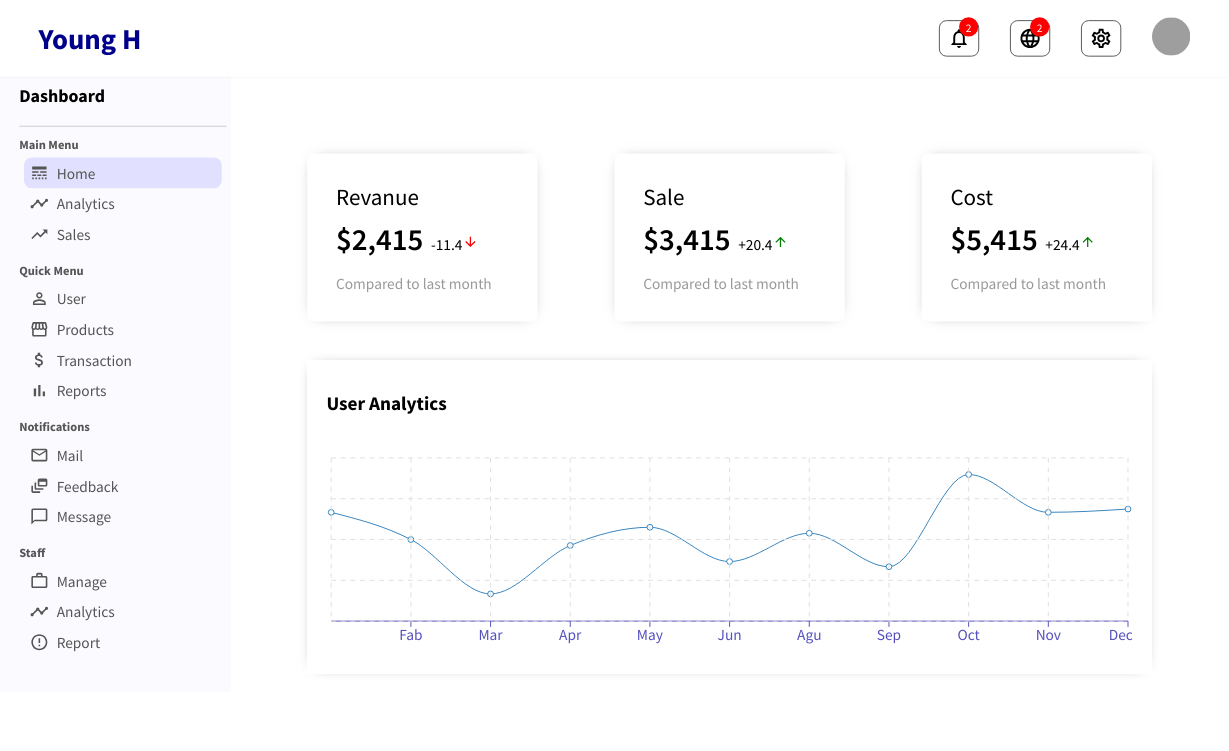
Repository: noname20011/admin
Page: /
These files come from the project's save history. The page is drawn as it stood at one moment and after the next save; the edit follows.
The browser window is 1280 px wide. The pictures show the whole page, at 96% of full size.
Pictures or frames that could not be fetched are drawn as grey boxes. The project was rebuilt for these pictures with package versions that can differ from the ones it lists, and the page was loaded fresh each time. Also part of the build but not shown: src/comopnents/widgetSm/widgetSm.css, src/comopnents/widgetSm/widgetSm.jsx, src/comopnents/widgetLg/widgetLg.css, src/comopnents/widgetLg/widgetLg.jsx.

Above is the page before, as saved 2021-11-14 08:17:05.

### public/index.html
<!DOCTYPE html>
<html lang="en">
  <head>
    <meta charset="utf-8" />
    <meta name="viewport" content="width=device-width, initial-scale=1" />
    <meta name="theme-color" content="#000000" />
    <meta
      name="description"
      content="Web site created using create-react-app"
    />
    <!-- GOOGLE FONTS -->
    <link href="https://fonts.googleapis.com/css2?family=Source+Sans+Pro:wght@200;300;400;600;700;900&display=swap" rel="stylesheet">
    <style>
      * {
        font-family: 'Source Sans Pro', sans-serif;
        padding: 0;
        margin: 0;
      }
    </style>
    <title>React Admin App</title>
  </head>
  <body>
    <div id="root"></div>
  </body>
</html>

### src/App.js
import Topbar from "./comopnents/topbar/Topbar";
import Sidebar from "./comopnents/sidebar/Sidebar";
import Home from "./pages/home/Home.jsx"
import './app.css'
function App() {
  return (
    <div>
      <Topbar/>
      <div className="container">
        <Sidebar/>
        <Home/>
      </div>
    </div>
  );
}

export default App;

### src/comopnents/topbar/Topbar.jsx
import React from 'react'
import './topbar.css'

import { Language, NotificationsNone, SettingsOutlined  } from '@material-ui/icons'

export default function Topbar() {
    return (
        <div className="topbar">
            <div className="topbarWrapper">
                <div className="topLeft">
                    <div className="logo">Young H</div>
                </div>
                <div className="topRight">
                    <div className="topbarIconContainer">
                        <NotificationsNone/>
                        <div className="topIconsBadge">2</div>
                    </div>
                    <div className="topbarIconContainer">
                        <Language/>
                        <div className="topIconsBadge">2</div>
                    </div>
                    <div className="topbarIconContainer">
                        <SettingsOutlined/>
                    </div>
                    <div>
                        <img src="https://images.pexels.com/photos/1526814/pexels-photo-1526814.jpeg?auto=compress&cs=tinysrgb&dpr=2&w=500" alt="admin" className="topAvatar"/>
                    </div>
                </div>
            </div>
        </div>
    )
}

### src/comopnents/sidebar/Sidebar.jsx
import { AttachMoney, BarChart, ChatBubbleOutline, DynamicFeed, ErrorOutline, LineStyle, MailOutlined, PersonOutline, Storefront, Timeline, TrendingUp,  WorkOutlineOutlined } from '@material-ui/icons'
import React from 'react'
import "./sidebar.css"
export default function Sidebar() {
    return (
        <div className="sidebar">
            <div className="sidebarWrapper">
                <h3 className="sidebarTitle">Dashboard</h3>
                <div className="sidebarMenu">
                    <h4 className="sidebarMenuTitle">Main Menu</h4>
                    <ul className="sidebarLists">
                        <li className="sidebarListItem active">
                            <LineStyle className="sidebarIcon"/>
                            Home
                        </li>
                        <li className="sidebarListItem">
                            <Timeline className="sidebarIcon"/>
                            Analytics
                        </li>
                        <li className="sidebarListItem">
                            <TrendingUp className="sidebarIcon"/>
                            Sales
                        </li>
                    </ul>
                </div>
                <div className="sidebarMenu">
                    <h4 className="sidebarMenuTitle">Quick Menu</h4>
                    <ul className="sidebarLists">
                        <li className="sidebarListItem">
                            <PersonOutline className="sidebarIcon"/>
                            User
                        </li>
                        <li className="sidebarListItem">
                            <Storefront className="sidebarIcon"/>
                            Products
                        </li>
                        <li className="sidebarListItem">
                            <AttachMoney className="sidebarIcon"/>
                            Transaction
                        </li>
                        <li className="sidebarListItem">
                            <BarChart className="sidebarIcon"/>
                            Reports
                        </li>
                    </ul>
                </div>
                <div className="sidebarMenu">
                    <h4 className="sidebarMenuTitle">Notifications</h4>
                    <ul className="sidebarLists">
                        <li className="sidebarListItem">
                            <MailOutlined className="sidebarIcon"/>
                            Mail
                        </li>
                        <li className="sidebarListItem">
                            <DynamicFeed className="sidebarIcon"/>
                            Feedback
                        </li>
                        <li className="sidebarListItem">
                            <ChatBubbleOutline className="sidebarIcon"/>
                            Message
                        </li>
                    </ul>
                </div>
                <div className="sidebarMenu">
                    <h4 className="sidebarMenuTitle">Staff</h4>
                    <ul className="sidebarLists">
                        <li className="sidebarListItem">
                            <WorkOutlineOutlined className="sidebarIcon"/>
                            Manage
                        </li>
                        <li className="sidebarListItem">
                            <Timeline className="sidebarIcon"/>
                            Analytics
                        </li>
                        <li className="sidebarListItem">
                            <ErrorOutline className="sidebarIcon"/>
                            Report
                        </li>
                    </ul>
                </div>
            </div>
        </div>
    )
}

### src/pages/home/Home.jsx
import "./home.css"
import Feature from "../../comopnents/featureInfo/Feature"
import Chart from "../../comopnents/chart/Chart"
import widgetSm from "../../comopnents/widgetSm/widgetSm"
import widgetLg from "../../comopnents/widgetLg/widgetLg"
import {userData} from "../../dummyData"

export default function Home() {
    return (
        <div className="home">
            <Feature/>
            <Chart data={userData} title="User Analytics" grid dataKey="Active User"/>
            <div className="homeWidgets">
                <widgetSm/>
                <widgetSm/>
            </div>
        </div>
    )
}

### src/app.css
ul, li {
    list-style: none;
}

a {
    text-decoration: none;
}

.container {
    display: flex;
}

.other {
    flex: 4;
}

### src/comopnents/topbar/topbar.css
.topbar {
    width: 100%;
    height: 80px;
    background: #fff;
    box-shadow: 0 .5px 2px rgba(0, 0, 0, 0.07);

    position: sticky;
    top: 0;
    z-index: 1000;
}

.topbarWrapper {
    height: 100%;
    padding: 0 40px;
    display: flex;
    justify-content: space-between;
    align-items: center;
}

.logo {
    font-weight: bold;
    font-size: 30px;
    color: darkblue;
    cursor: pointer;
}

.topRight {
    display: flex;
    align-items: center;
    column-gap: 2rem;
}
.topbarIconContainer {
    position: relative;
    cursor: pointer;
    width: 40px;
    height: 36px;
    border: 1px solid #555;
    border-radius: .5rem;
    display: flex;
    align-items: center;
    justify-content: center;
}

.topbarIconContainer:hover {
    background-color: rgb(248, 246, 246);
}

.topIconsBadge {
    font-size: 12px;
    position: absolute;
    top: -4px;
    right: 0px;

    width: 20px;
    height: 20px;
    background-color: red;
    color: #fff;
    border-radius: 50%;

    display: flex;
    place-content: center;
    place-items: center;
}

.topAvatar {
    width: 40px;
    height: 40px;
    object-fit: cover;
    border-radius: 50%;
    cursor: pointer;
}

### src/comopnents/sidebar/sidebar.css
.sidebar {
    flex: 1;
    background-color: rgb(251, 251, 255);
    position: sticky;
    top: 80px;
    height: calc(100vh - 80px);
}

.sidebarWrapper {
    padding: 8px 4px 0 20px;
}

.sidebarTitle {
    padding-bottom: 20px;
    margin-bottom: 10px;
    border-bottom: 1px solid #ccc;
}

.sidebarMenu {
    margin-bottom: 8px;
}

.sidebarMenuTitle {
    color: #555;
    font-size: 13px;
}

.sidebarLists {
    padding: 5px;
}

.sidebarListItem {
    display: flex;
    align-items: center;
    column-gap: .5rem;

    padding: 6px;
    color: #555;
    cursor: pointer;
    border-radius: .5rem;
}

.sidebarListItem.active,
.sidebarListItem:hover {
    background-color: rgb(225, 225, 255);
}

.sidebarIcon {
    font-size: 20px!important;
}

### src/pages/home/home.css
.home {
    flex: 4;
    margin: 60px 40px;
}

.homeWidgets {
    display: flex;
}

### src/comopnents/featureInfo/Feature.jsx
import { ArrowDownward, ArrowUpward } from '@material-ui/icons'
import "./feature.css"

export default function Feature() {
    return (
        <div className="featured">
            <div className="featuredItem">
                <span className="featuredTitle">Revanue</span>
                <div className="featuredMoneyContainer">
                    <span className="featuredMoney">$2,415</span>
                    <span className="featuredMoneyRate">-11.4
                        <ArrowDownward className="featuredIcon negative"/>
                    </span>
                </div>
                <span className="featuredSub">Compared to last month
                </span>
            </div>

            <div className="featuredItem">
                <span className="featuredTitle">Sale</span>
                <div className="featuredMoneyContainer">
                    <span className="featuredMoney">$3,415</span>
                    <span className="featuredMoneyRate">+20.4
                        <ArrowUpward className="featuredIcon "/>
                    </span>
                </div>
                <span className="featuredSub">Compared to last month
                </span>
            </div>

            <div className="featuredItem">
                <span className="featuredTitle">Cost</span>
                <div className="featuredMoneyContainer">
                    <span className="featuredMoney">$5,415</span>
                    <span className="featuredMoneyRate">+24.4
                        <ArrowUpward className="featuredIcon "/>
                    </span>
                </div>
                <span className="featuredSub">Compared to last month</span>
            </div>
        </div>
    )
}

### src/comopnents/chart/Chart.jsx
import "./chart.css"
import { LineChart, Line, XAxis, YAxis, CartesianGrid, Tooltip, Legend, ResponsiveContainer } from 'recharts';



export default function Chart({ title, data, dataKey, grid }) {

    return (
        <div className="chart">
            <h3 className="chartTitle">{title}</h3>
            <ResponsiveContainer width="100%" aspect={4 / 1}>
                <LineChart data={data}>
                    <XAxis dataKey="name" stroke="#5550bd"/>
                    <Line type="monotone" dataKey={dataKey}/>
                    <Tooltip />
                    {grid && <CartesianGrid stroke="#e0dfdf" strokeDasharray="5 5" />}
                </LineChart>
            </ResponsiveContainer>
        </div>
    )
}

### src/dummyData.js
export const userData = [
    {
        name: 'Jan',
        "Active User": 4000,
    },
    {
        name: 'Fab',
        "Active User": 3000,

    },
    {
        name: 'Mar',
        "Active User": 1000,

    },
    {
        name: 'Apr',
        "Active User": 2780,
    },
    {
        name: 'May',
        "Active User": 3450,
    },
    {
        name: 'Jun',
        "Active User": 2190,
    },
    {
        name: 'Agu',
        "Active User": 3230,
    },
    {
        name: 'Sep',
        "Active User": 2000,
    },
    {
        name: 'Oct',
        "Active User": 5390,
    },
    {
        name: 'Nov',
        "Active User": 4000,
    },
    {
        name: 'Dec',
        "Active User": 4120,
    },
    ];

### src/comopnents/featureInfo/feature.css
.featured {
    display: flex;
    justify-content: space-between;
    width: 100%;
}
.featuredItem {
    flex: 1;
    width: 30%;
    margin: 20px 40px;
    padding: 30px;
    border-radius: .4rem;
    cursor: pointer;
    -webkit-box-shadow: 0px 0px 15px -10px rgba(0, 0, 0, 0.75);
    box-shadow: 0px 0px 15px -10px rgba(0, 0, 0, 0.75);
}

.featuredTitle {
    font-size: 24px;
    margin-bottom: 8px;
    display: block;
}

.featuredMoneyContainer {
    margin: 6px 0 16px;
}

.featuredMoney {
    font-weight: 600;
    font-size: 32px;
}

.featuredMoneyRate {
    font-size: 16px;
    margin-left: 8px;
}

.featuredIcon {
    font-size: 16px!important;
    color: green;
}

.featuredIcon.negative {
    color: red;
}

.featuredSub {
    color: #999;
    font-size: 16px;
}

### src/comopnents/chart/chart.css
.chart {
    -webkit-box-shadow: 0px 0px 15px -10px rgba(0, 0, 0, 0.75);
    box-shadow: 0px 0px 15px -10px rgba(0, 0, 0, 0.75);
    margin: 20px 40px;
    padding: 20px;
}

.chartTitle {
    font-size: 20px;
    margin: 12px 0 40px;

}

Loaded but not shown: src/index.js (common file)

After the next save:
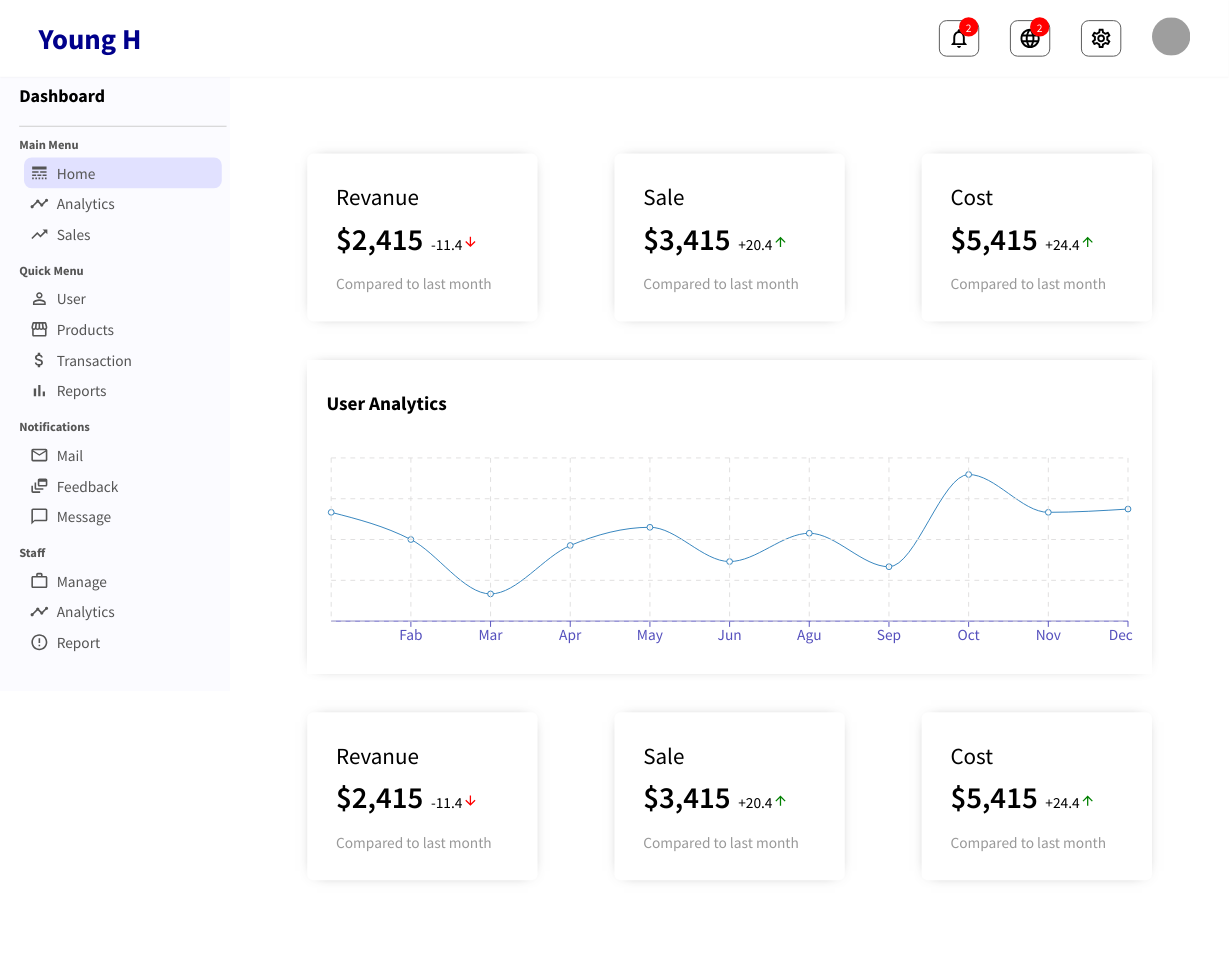
Saved 90 s later.
--- a/src/pages/home/Home.jsx
+++ b/src/pages/home/Home.jsx
@@ -11,8 +11,7 @@ export default function Home() {
             <Feature/>
             <Chart data={userData} title="User Analytics" grid dataKey="Active User"/>
             <div className="homeWidgets">
-                <widgetSm/>
-                <widgetSm/>
+                <Feature/>
             </div>
         </div>
     )

After the 2 saves that followed:
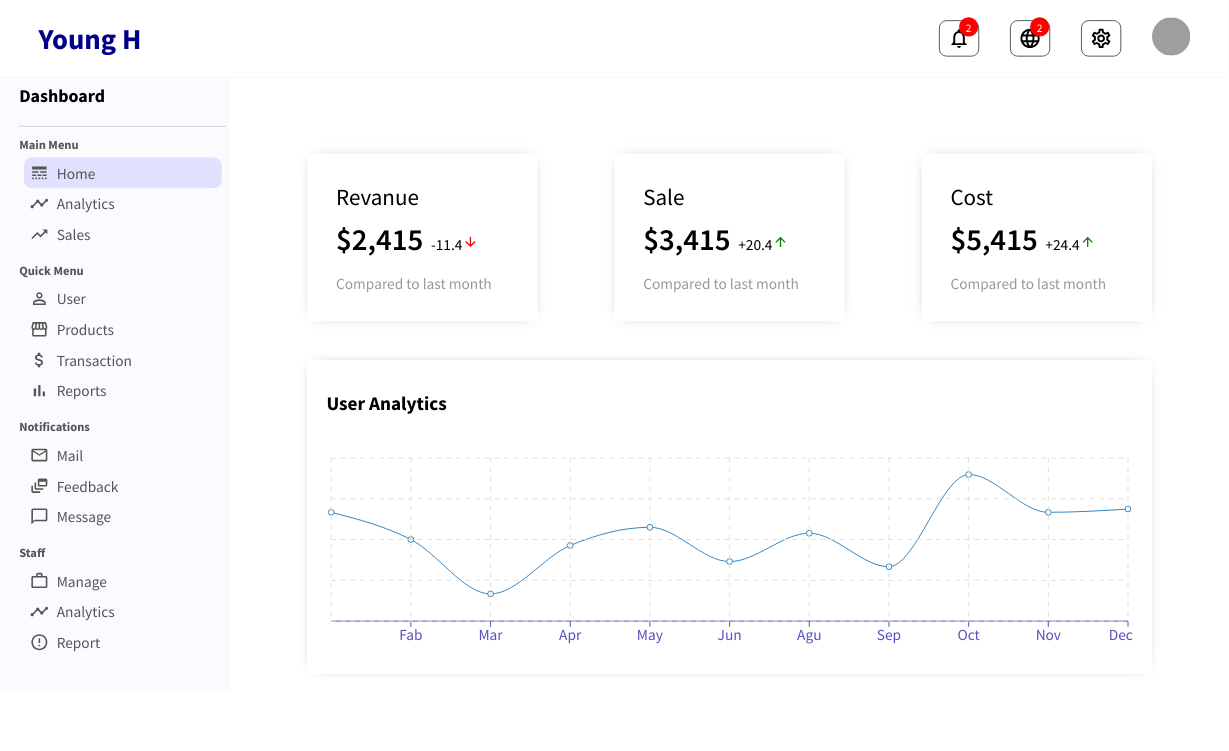
The 2 saves are shown as one change because 1 did not build or start.
The last was saved 52 s later.
--- a/src/pages/home/Home.jsx
+++ b/src/pages/home/Home.jsx
@@ -11,7 +11,7 @@ export default function Home() {
             <Feature/>
             <Chart data={userData} title="User Analytics" grid dataKey="Active User"/>
             <div className="homeWidgets">
-                <Feature/>
+
             </div>
         </div>
     )
